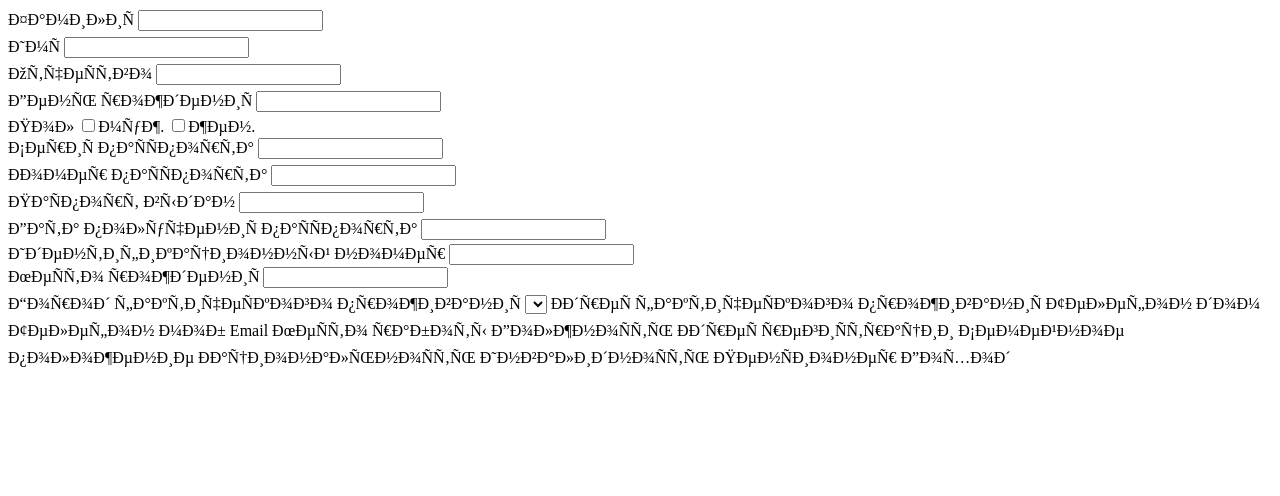
Repository: Westerte/JavaDevelopmentMay2015
Page: http://localhost/bank/jsp/common/add.jsp
These files come from the project's save history. The page is drawn as it stood at one moment and after the next save; the edit follows.
The browser window is 1280 px wide. The pictures show the whole page.
The page is served by Tomcat 9. Other server files are loaded and not shown. The template is opened directly, without the code that normally fills it, so the values that code supplies are empty.

Above is the page before, as saved 2015-09-29 16:32:01.

### workspace/bank/WebContent/jsp/common/add.jsp
<%@ page language="java" contentType="text/html; charset=ISO-8859-1"
    pageEncoding="ISO-8859-1"%>
<!DOCTYPE html PUBLIC "-//W3C//DTD HTML 4.01 Transitional//EN" "http://www.w3.org/TR/html4/loose.dtd">
<html>
<head>
<meta http-equiv="Content-Type" content="text/html; charset=ISO-8859-1">
<title>Insert title here</title>
</head>
<body>
<div class="container">
		<c:import url="${configBundle.getResourceBundle().handleGetObject('path.sample.header')}"/>

			<form action="Controller" method="post"></form>
				<input type="hidden" name="command" value="add">
				Фамилия
				<input type="text" name="secondName">
				<br>
				Имя
				<input type="text" name="firstName">
				<br>
				Отчество
				<input type="text" name="patronimic">
				<br>
				День рождения
				<input type="text" name="birthDay">
				<br>
				Пол
				<input type="checkbox" name="male" value="male" id="male"><label for="male">муж.</label>
				<input type="checkbox" name="male" value="female" id="female"><label for="female">жен.</label>
				<br>
				Серия пасспорта
				<input type="text" name="passportSeria">
				<br>
				Номер пасспорта
				<input type="text" name="passportNumber">
				<br>
				Паспорт выдан
				<input type="text" name="passportPlace">
				<br>
				Дата получения пасспорта
				<input type="text" name="passportDate" >
				<br>
				Идентификационный номер
				<input type="text" name="cid" >
				<br>
				Место рождения
				<input type="text" name="birthPlace" >
				<br>
				Город фактического проживания
				<select name="currentCity">
					<c:forEach items = "${ cityList }" var="city">
						<option value="${ city.id }" label="${ city.name }"/>
					</c:forEach>
				</select>
				Адрес фактического проживания
				Телефон дом
				Телефон моб
				Email
				Место работы
				Должность
				Адрес регистрации
				Семейное положение
				Национальность
				Инвалидность
				Пенсионер
				Доход


			</form>
		</tr>
	</div>
	<c:import url="${configBundle.getResourceBundle().handleGetObject('path.sample.footer')}"/>
</body>
</html>

After the next save:
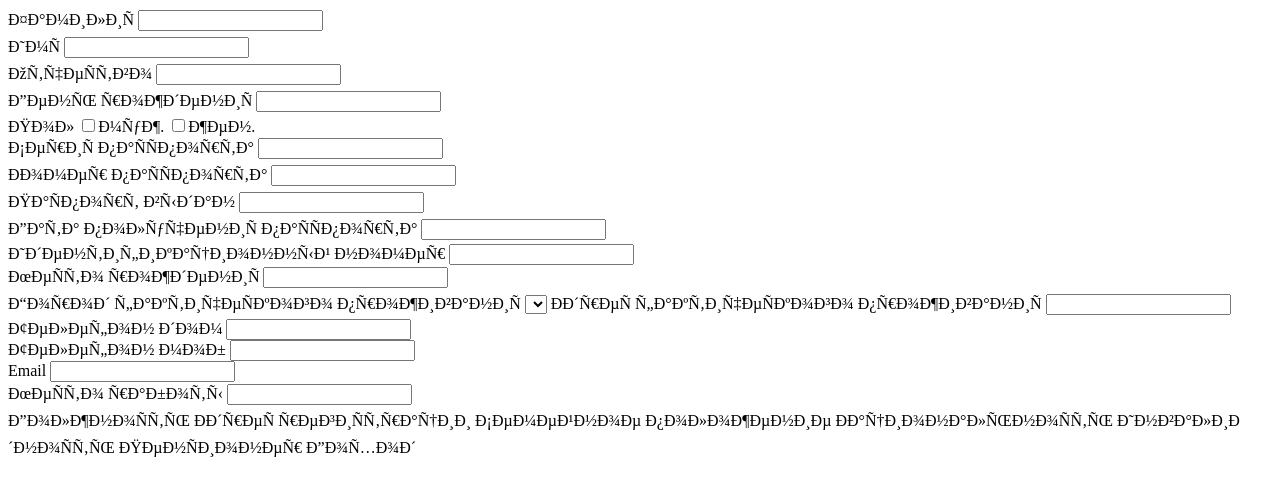
Saved 66 s later.
--- a/workspace/bank/WebContent/jsp/common/add.jsp
+++ b/workspace/bank/WebContent/jsp/common/add.jsp
@@ -53,10 +53,20 @@
 					</c:forEach>
 				</select>
 				Адрес фактического проживания
+				<input type="text" name="currentAddress" >
+				<br>
 				Телефон дом
+				<input type="text" name="phoneHome" >
+				<br>
 				Телефон моб
+				<input type="text" name="phoneMobile" >
+				<br>
 				Email
+				<input type="text" name="email" >
+				<br>
 				Место работы
+				<input type="text" name="workPlace" >
+				<br>
 				Должность
 				Адрес регистрации
 				Семейное положение
